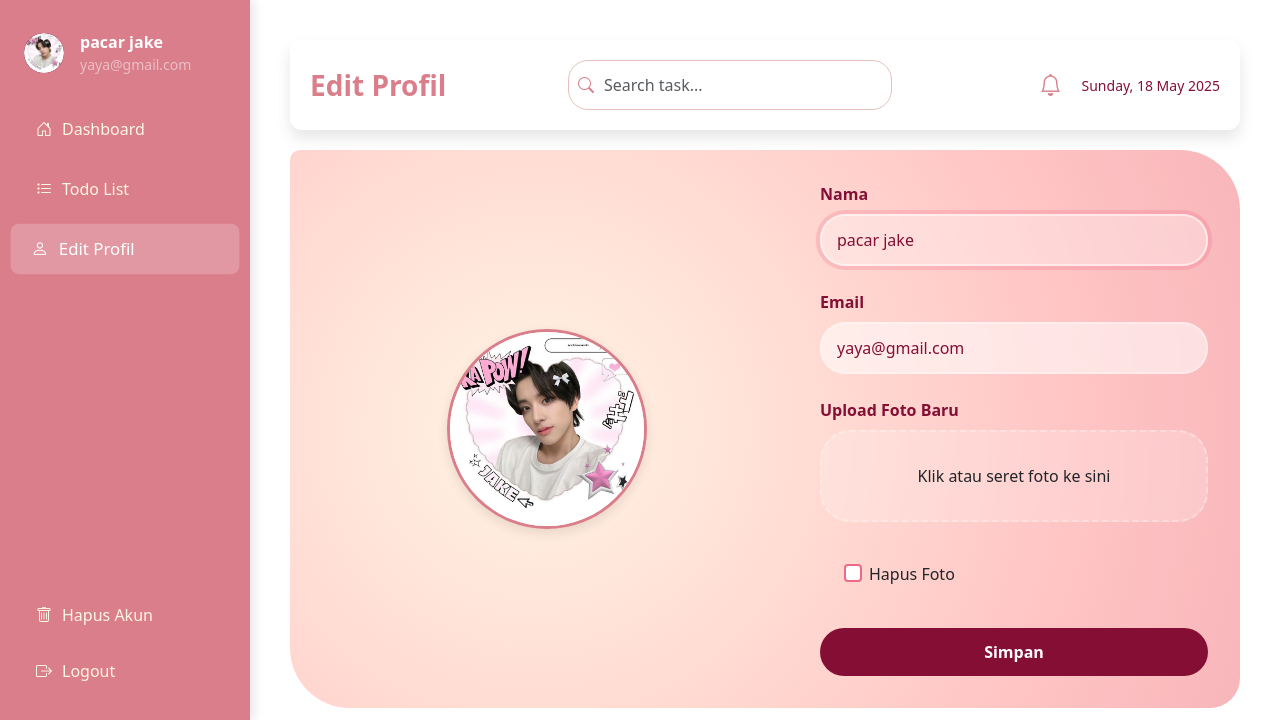
Repository: zhr-nabila/FloTime
Page: http://localhost/profile.php
The author's editor kept a copy of each file at every save. The page is drawn from the files as they stood at one save, then again after the next save.
The browser window is 1280 px wide. The pictures show the whole page.
The first visible `.glass-input` has the focus.
The page is run by PHP 8.4 with error messages shown; the project is at /var/www/html/. The session is filled in as if someone had signed in: {"email": "yaya@gmail.com", "status": "login", "user_id": 2}. The database holds what the project's SQL file puts in it.

Above is the page before, as saved 2025-05-18 20:37:07.

After the next save:
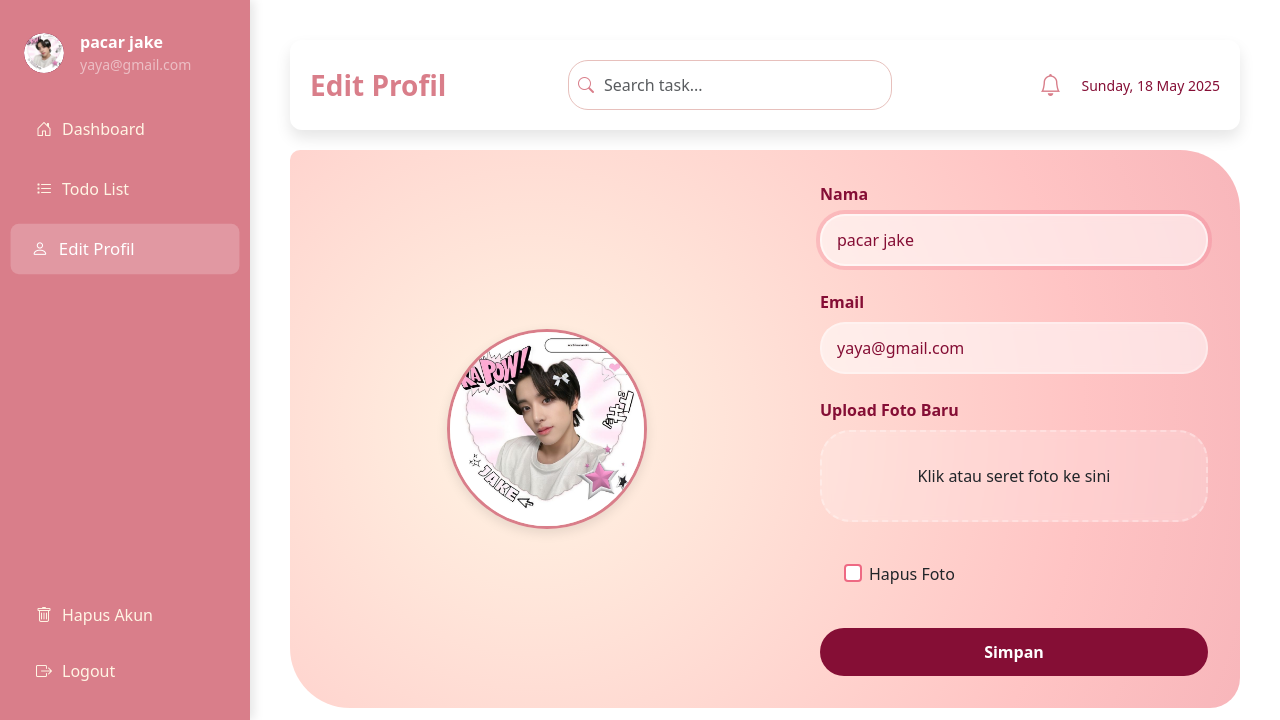
Saved 17 s later.
--- a/css/profile.css
+++ b/css/profile.css
@@ -169,7 +169,7 @@ body {
 }
 
 .glass-input:focus {
-    background: rgba(255, 255, 255, 0.3) !important;
+    background: rgba(255, 255, 255, 0.542) !important;
     border-color: rgba(255, 255, 255, 0.5) !important;
     box-shadow: 0 0 0 0.25rem rgba(238, 105, 131, 0.25);
     color: var(--c7);
